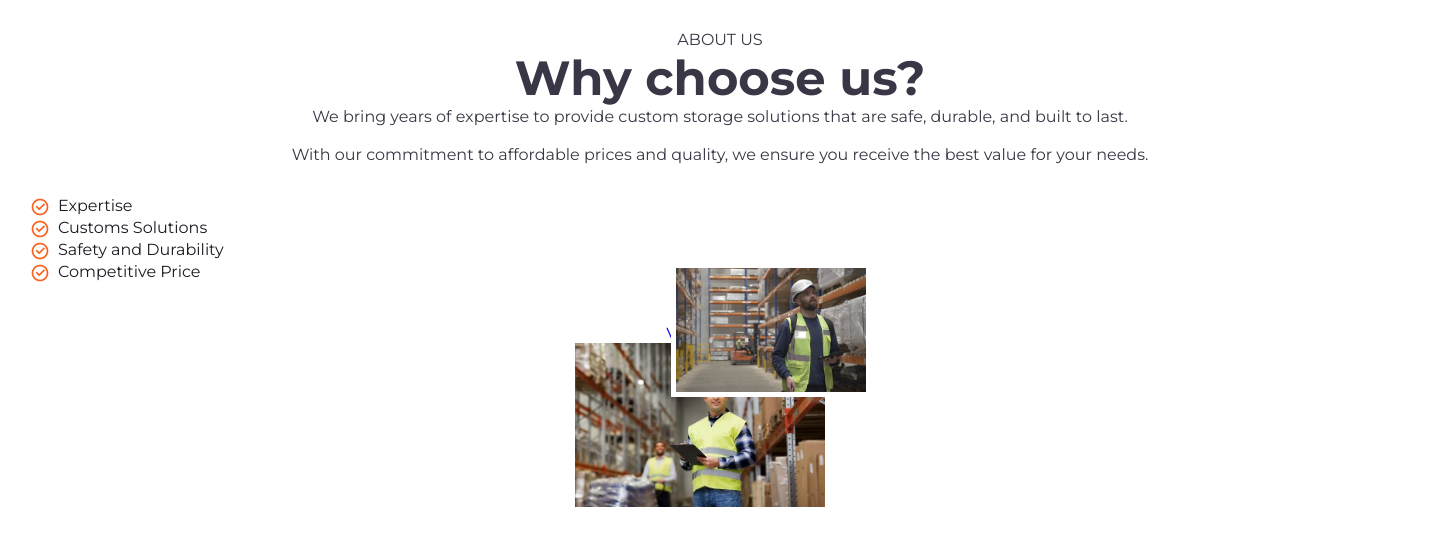
Repository: jahatesu/shelves-and-storage-equipment
Page: index.html
The author's editor kept a copy of each file at every save. The page is drawn from the files as they stood at one save, then again after the next save.
The browser window is 1440 px wide. The pictures show the part of the page from y = 720 to 1257 px (the page is 1257 px tall before and 1218 px after).
Backgrounds fixed to the window are drawn as part of the page. Some web fonts or font styles are not loaded; a fallback is used.

Above is the page before, as saved 2025-01-08 15:36:02.
Console error: TypeError: Cannot read properties of null (reading 'querySelector')

### index.html
<!DOCTYPE html>
<html lang="en">
<head>
    <meta charset="UTF-8">
    <meta name="viewport" content="width=device-width, initial-scale=1.0">
    <!-- Remix Icons -->
    <link rel="stylesheet" href="https://cdnjs.cloudflare.com/ajax/libs/remixicon/4.2.0/remixicon.css">
    <!-- Swiper CSS -->
    <link rel="stylesheet" href="assets\js\swiper-bundle.min.js" />
    <!-- CSS -->
    <link rel="stylesheet" href="style.css">
    <script src="https://cdnjs.cloudflare.com/ajax/libs/jquery/3.7.1/jquery.min.js"></script>
    <title>Shelves and Storage</title>
    <link rel="stylesheet" href="https://fonts.googleapis.com/css?family=Material+Symbols+Rounded&opsz,wght,FILL,GRAD@48,400,0,0" />
</head>

<body>

    <!-- Navigation Bar -->
    <header>
        <div class="logo">
            <img src="assets\images\logo.png" alt="Shelves and Storage Logo">
        </div>

        <div class="navigation">
            <input type="checkbox" id="nav-checkbox">
            <label for="nav-checkbox" class="nav-toggle">
                <i class="ri-menu-fill"></i>
            </label>

            <ul class="nav-menu">
                <li><a href="#">Home</a></li>
                <li><a href="#">About Us</a></li>
                <li><a href="#">Services</a></li>
                <li><a href="#">Products</a></li>
                <li><a href="#">Contact Us</a></li>
            </ul>
        </div>
    </header>

    <!-- Hero Section -->
    <div class="hero">
        <h1 class="animate__animated animate__fadeInDown">Shelves and Storage Equipment</h1>
        <h3 class="animate__animated animate__fadeInUp">Storage and Racking Expert</h3>
    </div>

    <!-- About Section  -->
    <section class="about section" id="about">
        <div class="about_container container grid">
            <div class="about_data">
                <span class="section_subtitle">ABOUT US</span>
                <h2 class="section_title">
                    Why choose us?
                </h2>

                <p class="about_description">
                    We bring years of expertise to provide custom storage solutions that are safe, durable, and built to last.
                    <br><br>With our commitment to affordable prices and quality, we ensure you receive the best value for your needs.
                </p>

                <ul class="about_list grid">
                    <li class="about_list-item">
                        <i class="ri-checkbox-circle-line"></i>
                        <span>Expertise</span>
                    </li>

                    <li class="about_list-item">
                        <i class="ri-checkbox-circle-line"></i>
                        <span>Customs Solutions</span>
                    </li>

                    <li class="about_list-item">
                        <i class="ri-checkbox-circle-line"></i>
                        <span>Safety and Durability</span>
                    </li>

                    <li class="about_list-item">
                        <i class="ri-checkbox-circle-line"></i>
                        <span>Competitive Price</span>
                    </li>
                </ul>

                <a href="#projects" class="button">View Projects</a>
            </div>

            <div class="about_images">
                <img src="assets/images/about_img1.png" alt="image" class="about_img1">
                <img src="assets/images/about_img2.png" alt="image" class="about_img2">
            </div>
        </div>
    </section>

    <!-- JavaScript -->
    <script src="main.js"></script>
</body>
</html>

### style.css
/* Import fonts */
@import url('https://fonts.googleapis.com/css2?family=Montserrat:wght@100..900&family=Open+Sans:ital,wght@0,300..800;1,300..800&display=swap');
@import url('https://cdnjs.cloudflare.com/ajax/libs/animate.css/4.1.1/animate.min.css');

/* root variable css */
:root{
    --header-height: 3.5rem;

    /* colors */
    /* hue, saturation, lightness */
    --first-color: hsl(18, 95%, 55%);
    --second-color: hsl(42, 98%, 52%);
    --first-gradient: linear-gradient(90deg,
                                    hsl(18, 95%, 55%),
                                    hsl(18, 98%, 64%));
    --title-color:hsl(255, 12%, 12%);
    --text-color: hsl(255, 12%, 24%);
    --text-color-light: hsl(255, 4%, 70%);
    --body-color: hsl(0, 0%, 100%);
    --container-color: hsl(0, 0%, 100%);
    --white-color: hsl(0, 0%, 100%);
    --black-color: hsl(255, 20%, 10%);
    --gray-border:hsl(255, 6%, 90%);
    --black-border: hsl(255, 10%, 20%);

    /* fonts and typography */
    /* .5 rem = 8px | 1rem = 16px */

    --body-font:"Montserrat", sans-serif;
    --big-font-size: 2.25rem;
    --h1-font-size: 1.5rem;
    --h2-font-size: 1.25rem;
    --h3-font-size: 1rem;
    --normal-font-size: .938rem;
    --small-font-size: .813rem;

    /* font weight */
    --font-regular: 400;
    --font-medium: 500;
    --font-semibold: 600;
    --font-bold: 700;

    /* z index */
    --z--tooltip: 10;
    --z-fixed: 100;
}

/* responsive typography */
@media screen and (min-width: 1150px) {
    :root{
        --big-font-size: 3.5rem;
        --h1-font-size: 2.25rem;
        --h2-font-size: 1.5rem;
        --h3-font-size: 1.25rem;
        --normal-font-size: 1rem; /* Fixed size for normal font */
        --small-font-size: .875rem; /* Increased small font size */
    }
}

/* Global styles */
* {
  margin: 0;
  padding: 0;
  box-sizing: border-box;
}

body {
    font-family: var(--body-font);
    font-size: var(--normal-font-size);
    background-color: var(--body-color);
    color: var(--text-color);
}

html{
    scroll-behavior: smooth;
}

body, ul, a{
    margin: 0;
    padding: 0;
    font-family: 'Montserrat', sans-serif;
}

/* h1, h2, h3, h4 {
    color: var(--title-color);
    font-weight: var(--font-semi-bold);
    margin: 10px 0;
    line-height: 1.2;
} */

/* Typography scaling for responsiveness */
h1 {
    font-size: 2.5rem; /* Scales with viewport width */
}
h2 {
    font-size: 2rem;
}
h3 {
    font-size: 1.75rem;
}
p {
    font-size: 1rem;
}

/* Media queries for responsiveness */
@media (min-width: 768px) {
    h1 {
        font-size: 3rem;
    }
    h2 {
        font-size: 2.5rem;
    }
    h3 {
        font-size: 2rem;
    }
    p {
        font-size: 1.125rem;
    }
}

@media (min-width: 1024px) {
    h1 {
        font-size: 3.5rem;
    }
    h2 {
        font-size: 3rem;
    }
    h3 {
        font-size: 2.5rem;
    }
    p {
        font-size: 1.25rem;
    }
}

/* General layout for larger screens */
@media (min-width: 1440px) {
    .container {
        padding: 30px;
    }
    h1 {
        font-size: 4rem;
    }
    h2 {
        font-size: 3rem;
    }
    h3 {
        font-size: 3rem;
    }
    p {
        font-size: 1rem;
    }

}

ul{
    list-style: none;
}

a{
    text-decoration: none;
}

img{
    display: block;
    max-width: 100%;
    height: auto;
    object-fit: contain;
}

/* Hide checkbox and toggle button initially */
#nav-checkbox,
.nav-toggle {
  display: none;
}

/* Hero section styles */
.hero {
  background: linear-gradient(rgba(0, 0, 0, 0.8), rgba(0, 0, 0, 0.6)),
    url("heroBG.jpg") no-repeat fixed bottom / cover;
  min-height: 100vh;
  display: flex;
  flex-direction: column;
  justify-content: center;
  align-items: center;
  text-align: center;
  /* width: 100%; */
}

.hero h1 {
  color: hsl(233, 39%, 23%);
  font-size: 60px;
  line-height: 1;
  text-shadow:
    0.5px 0.5px 0px #fff, /* Bottom-right shadow */
    -0.5px 0.5px 0px #fff, /* Bottom-left shadow */
    0.5px -0.5px 0px #fff, /* Top-right shadow */
    -0.5px -0.5px 0px #fff; /* Top-left shadow */
}

.hero h3 {
  color: #ffffff;
  /* position: static; */
  font-size: 26px;
  font-weight: normal;
  margin: 15px 0;
  line-height: 1;
  text-shadow:
    0.3px 0.3px 0px #fff, /* Bottom-right shadow */
    -0.3px 0.3px 0px #fff, /* Bottom-left shadow */
    0.3px -0.3px 0px #fff, /* Top-right shadow */
    -0.3px -0.3px 0px #fff; /* Top-left shadow */
}

/* Header styles */
header {
  position: fixed;
  top: 0;
  left: 0;
  width: 100%;
  display: flex;
  align-items: center;
  justify-content: space-around;
  padding: 20px 0;
  transition: background-color 0.5s ease;
  z-index: 1;
}

.logo h2 {
  color: #fff;
  text-transform: uppercase;
  font-weight: normal;
}

/* Navigation menu styles */
.nav-menu {
  display: flex;
  list-style: none;
}

.nav-menu li {
  display: inline-block;
}

.nav-menu li a {
  color: #fff;
  text-decoration: none;
  font-size: 1.2rem;
  padding: 0 15px;
}

.nav-menu li a:hover {
  color: hsl(18, 84%, 44%);
}

.active {
  background: hsl(18, 84%, 44%);
}

.active a:hover {
  color: #fff !important;
  text-decoration: underline;
}

.nav-toggle {
  display: none;
  font-size: 2rem;
  cursor: pointer;
  color: white;
}

/* Responsive menu styles */
@media (max-width: 768px) {
    .nav-menu {
        display: none;
        flex-direction: column;
        position: absolute;
        top: 60px;
        right: 20px;
        background-color: rgba(0, 0, 0, 0.9);
        border-radius: 8px;
        padding: 10px;
    }

    .nav-menu li {
        margin: 10px 0;
    }

    .nav-menu li a {
        font-size: 1.2rem;
    }

    .nav-toggle {
        display: block;
    }

    #nav-checkbox:checked ~ .nav-menu {
        display: flex;
    }

    header {
        justify-content: space-between;
        padding: 10px 20px;
    }
}

.logo img {
    max-width: 250px;
    height: auto;
    display: block;
    transition: all 0.3s ease;
}

/* Adjust logo size for smaller screens */
@media (max-width: 768px) {
    .logo img {
        max-width: 150px; /* Smaller logo for mobile */
        padding-top: 20px;
    }
}

/* About Section */

.about_container{
    row-gap: 8rem;
}

.about_data{
    text-align: center;
}

.about_description{
    margin-bottom: 2rem;
}

.about_list{
    text-align: initial;
    grid-template-columns: repeat(2, 130px);
    justify-content: center;
    gap: 1.5rem;
    margin-bottom: 2.5rem;
}

.about_list-item{
    display: flex;
    column-gap: .5rem;
    color: var(--title-color);
}

.about_list-item i{
    font-size: 1.25rem;
    color: var(--first-color)
}

.about_images{
    position: relative;
    justify-self: center;
}

.about_img1{
    width: 200px;
    border: 5px solid var(--body-color);
    position: absolute;
    top: -5rem;
    left: 6rem;
}

.about_img2{
    width: 250px;
    margin-right: 2.5rem;
}

### main.js
$(document).ready(function() {
  $(window).bind('scroll', function(){
    var gap = 50;
    if ($(window).scrollTop() > gap) {
      $('header').addClass('active');
    } else {
      $('header').removeClass('active');
    }
  });
});

document.addEventListener('DOMContentLoaded', function () {
  const navToggle = document.querySelector('.nav-toggle');
  const navMenu = document.querySelector('.nav-menu');

  navToggle.addEventListener('click', function () {
      navMenu.classList.toggle('show-menu');
  });
});

const initSlider = () => {
  const imageList = document.querySelector(".slider-wrapper .image-list");
  const slideButtons = document.querySelectorAll(".slider-wrapper .slide-button");
  const sliderScrollbar = document.querySelector(".container .slider-scrollbar");
  const scrollbarThumb = sliderScrollbar.querySelector(".scrollbar-thumb");
  const maxScrollLeft = imageList.scrollWidth - imageList.clientWidth;

  // Slide images according to the slide button clicks
  slideButtons.forEach(button => {
      button.addEventListener("click", () => {
          const direction = button.id === "prev-slide" ? -1 : 1;
          const scrollAmount = imageList.clientWidth * direction;
          imageList.scrollBy({ left: scrollAmount, behavior: "smooth" });
      });
  });

  const handleSlideButtons = () =>{
      slideButtons[0].computedStyleMap.display = imageList.scrollLeft <= 0 ? "none" : "block";
      slideButtons[1].computedStyleMap.display = imageList.scrollLeft >= maxScrollLeft ? "none" : "block";
  }

  //update scroll bar position
  const updateScrollThumbPosition = () => {
      const scrollPosition = imageList.scrollLeft;
      const thumbPosition = (scrollPosition / maxScrollLeft) * (sliderScrollbar.clientWidth - scrollbarThumb .offsetWidth);
      scrollbarThumb.style.left = `${thumbPosition}px`;
  }

  imageList.addEventListener("scroll", () => {
      handleSlideButtons();
      updateScrollThumbPosition();
  });
};

window.addEventListener("load", initSlider);

Loaded but not shown: assets/js/swiper-bundle.min.js (library)

After the next save:
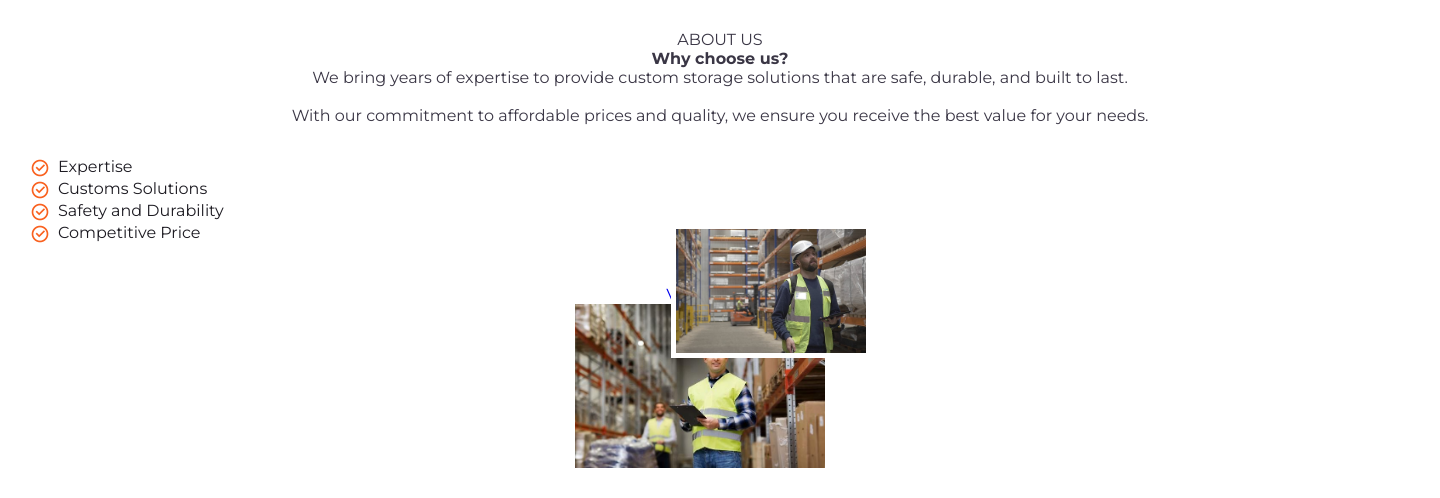
Saved 10 s later.
--- a/style.css
+++ b/style.css
@@ -142,7 +142,7 @@ p {
         font-size: 4rem;
     }
     h2 {
-        font-size: 3rem;
+        font-size: 1rem;
     }
     h3 {
         font-size: 3rem;
